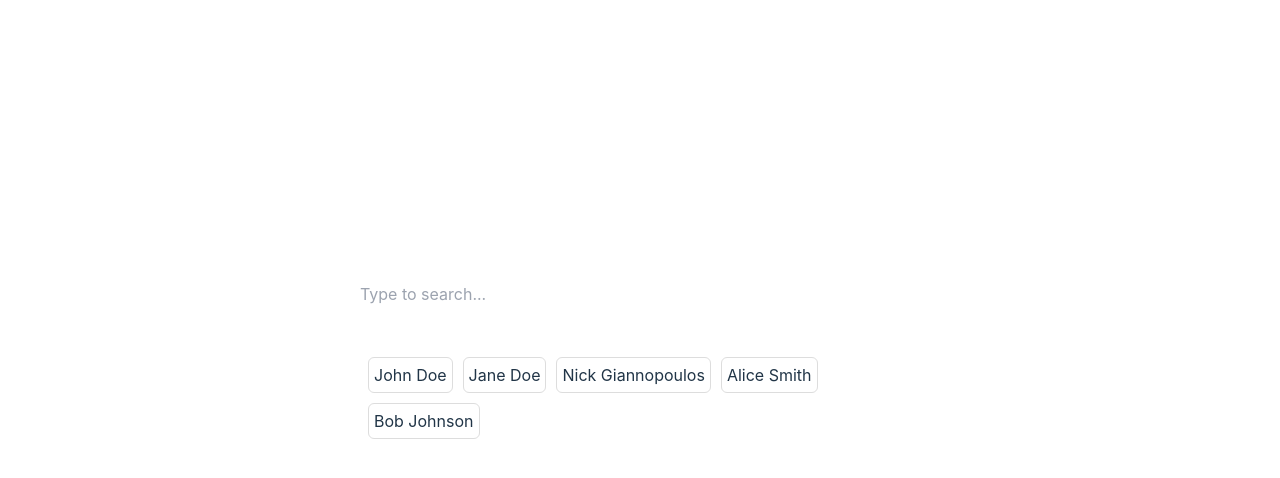
Repository: Ayansaxena24/Chip
Page: /
These files come from the project's save history. The page is drawn as it stood at one moment and after the next save; the edit follows.
The browser window is 1280 px wide. The pictures show the whole page.
Some web libraries are served in a nearby version. The project was rebuilt for these pictures with package versions that can differ from the ones it lists, and the page was loaded fresh each time. Also part of the build but not shown: vite.config.ts, src/ChipInput.css.

Above is the page before, as saved 2024-01-16 03:40:31.

After the next save:
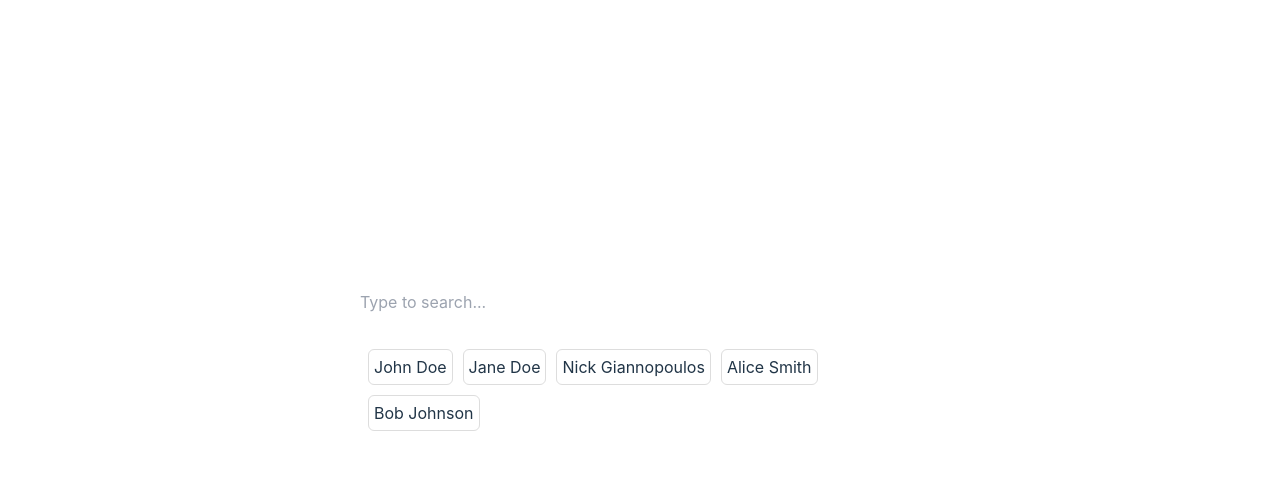
Saved 7 s later.
--- a/src/ChipInput.tsx
+++ b/src/ChipInput.tsx
@@ -95,7 +95,7 @@ const ChipInput: React.FC = () => {
             className="rounded-md w-[100vh] pl-2 py-4 fixed"
           />
         </div>
-        <ul className={`${chips.length !== 5 ? "mt-20 cursor-pointer p-[5px] m-[5px] border-white rounded-md border-[1px] border-solid flex flex-wrap" : ""}`}>
+        <ul className={`${chips.length !== 5 ? "mt-16 cursor-pointer p-[5px] m-[5px] border-white rounded-md border-[1px] border-solid flex flex-wrap" : ""}`}>
           {filteredItems.map((item) => (
             <li className="cursor-pointer p-[5px] m-[5px] border-[1px] border-[#ddd] rounded-md hover:text-black hover:bg-white duration-300 ease-in-out hover:scale-105" key={item} onClick={() => handleChipClick(item)}>
               {item}
